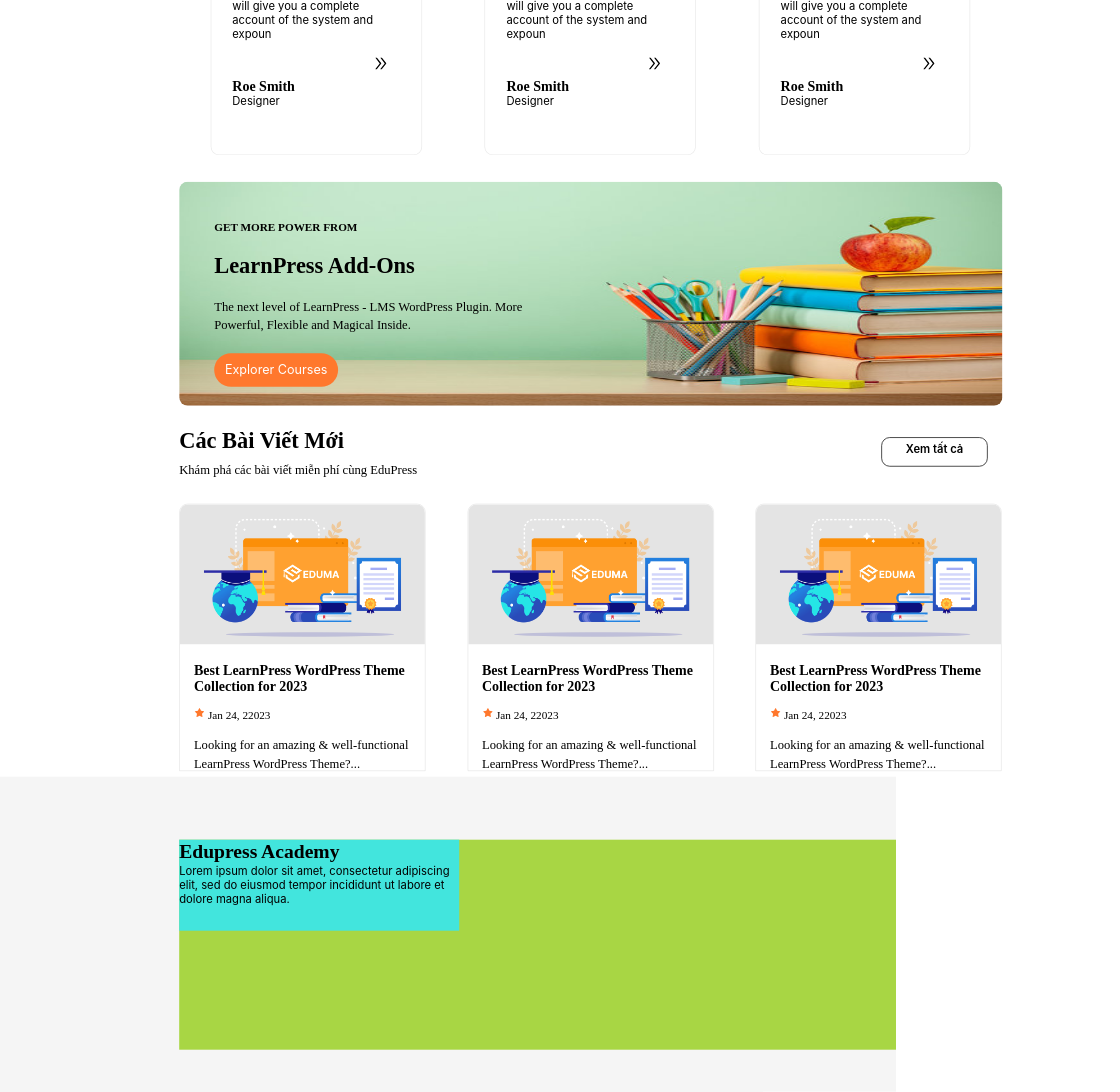
Repository: hieu1802/WebsiteEdupress
Page: / (app in my-app/)
An editor plug-in stored every save of this project. The page is shown before and after the next save, followed by the edit.
The browser window is 1280 px wide. The page is 1600 px wide, so the pictures cover 1600 px, including what lies to the right of the window. The pictures show the part of the page from y = 4251 to 5811 px (the page is 5811 px tall), at 70% of full size.
The project was rebuilt for these pictures with package versions that can differ from the ones it lists, and the page was loaded fresh each time. Also part of the build but not shown: my-app/src/App.css.

Above is the page before, as saved 2024-08-08 12:18:48.

### my-app/src/App.jsx
import logo from './logo.svg';
import './App.css';
import HomePage from './Components/HomePage/HomePage.jsx';

function App() {
  return (
  <>
    <HomePage/>
  </>
  );
}

export default App;

### my-app/src/Components/HomePage/HomePage.jsx
import React from 'react'
import Header from './Header.jsx'
import { ContainerPage } from './ContainerPage.jsx'
import Footer from './Footer.jsx'

function HomePage() {
  return (
    <>
      <Header/>
      <ContainerPage/>
      <Footer/>
    </>
  )
}

export default HomePage

### my-app/src/Components/HomePage/Header.jsx
import React from 'react'
import img01 from '../img/EduPress.png'
import img02 from '../img/img02.jpg'
import img03 from '../img/img03.png'
import './HomePage.css'
import { IoIosSearch } from "react-icons/io";

function Header() {
  return (
    <>
        <div className='Header'>
            <div className='logoHeader'>
                <img src={img01}/>
                <h3>EduPress Academy</h3>
            </div>
            <ul>
                <li>Trang Chủ</li>
                <li>Khóa Học</li>
                <li>Kết Nối</li>
                <li>Đánh giá</li>
                <li>Blog</li>
                <div className='ulInput'>
                    <input placeholder='Tìm Kiếm ...'/>
                    <div className='btnHeader'><IoIosSearch  className='btnIcon'/></div>
                </div>

            </ul>
            <div className='loginHeader'>
                <div><span>Đăng Nhập</span>/<span>Đăng kí</span></div>

            </div>
        </div>
        <div className='posterHeader'>
            <img src={img02}/>
            <div className='posterContent'>
               <div className='posterSologun'>
                  <h1>EduPress Academy</h1>
                  <h2>Website học Online hàng đầu Việt Nam tích hợp đầy đủ mọi thông tin, kiến thức và những kỹ năng để giúp các bạn chinh phục mọi khó khăn một cách hoàn hảo</h2>
                  <div className='btnPoster'>Tìm hiểu ngay </div>
               </div>
               <div className='posterAvatar'>
                  <img src={img03}/>
               </div>
            </div>
        </div>
    </>

  )
}

export default Header

### my-app/src/Components/HomePage/Footer.jsx
import React from 'react'

function Footer() {
  return (
    <div className='footerPage'>
        <div className='footerContaier'>
            <div className='footerEdupress'>
                <h2>Edupress Academy</h2>
                <p>Lorem ipsum dolor sit amet, consectetur adipiscing elit, sed do eiusmod tempor incididunt ut labore et dolore magna aliqua.</p>
            </div>
        </div>
    </div>
  )
}

export default Footer

### my-app/src/Components/HomePage/HomePage.css
*{
    margin: 0;
    padding: 0;
    list-style: none;
    text-decoration: none;
}

.Header{
    width: 100%;
    height: 72px;
    display: flex;
    justify-content: space-between;

}

.logoHeader{
    width: 25%;
    height: 100%;
    display: flex;
    gap: 10px;
    margin-left: 70px;
}


h3{
    font-size: 25px;
    margin-top: 15px;
    color: rgba(241, 152, 34, 0.979);
}

.Header > ul{

    display: flex;
    width:60%;
}

.Header > ul > li{
    width: 100px;
    text-align: center;
    padding: 20px;
    font-size: 20px;
    font-weight: 600;
    cursor: pointer;
}

.Header > ul > li:hover{
    background-color: rgba(246, 243, 238, 0.633);
    color: rgba(241, 152, 34, 0.979);
}

.ulInput{
    width: 400px ;
    padding: 20px;
    display: flex;
}

.ulInput > input{
    margin-right:10px;
    text-align: center;
    font-size: 15px;
    width: 400px;
    height: 35px;
    border: 1px solid #00000010;
    background-color: rgba(240, 234, 234, 0.815);
    border-radius: 12px;
}

.btnHeader{
    width: 100px;
    margin: auto;
    cursor: pointer;
}
.btnIcon{
    font-size: 25px;
}
.loginHeader{
    display: flex;
    width: 15%;
    height: 72px;
    margin-right: 100px;
    cursor: pointer;
}

.loginHeader > div{
   margin: auto;
   font-size: 20px;
   font-weight: 600;
   text-align: center;
}

.loginHeader > div > span{
    margin: 10px;
}

.loginHeader > div > span:hover {
    color: rgba(241, 152, 34, 0.979);
}

.posterHeader{
    width: 100%;
    height: 552px;
    background-color: black;
    display: flex;
}

.posterHeader > img{
    width: 100%;
}

.posterContent{
    position: absolute;
    display: flex;
    margin-left: 400px;
    margin-top: 10px;
    width: 1200px;
    height: 400px;

    z-index: 999;
}

.posterSologun{
    width: 60%;
}

.posterSologun > h1{
    font-size: 70px;
    text-align: center;
    color: rgba(241, 152, 34, 0.979);
    margin-top: 50px;
    margin-bottom: 10px;
}

.posterSologun > h2{
    font-size: 20px;
    text-align: center;
}

.btnPoster{
    width: 200px;
    height: 40px;
    background-color: red;
    font-size: 20px;
    color: #fff;
    text-align: center;
    border-radius: 12px;
    cursor: pointer;
    gap: 10px;
    margin-top: 50px;
    margin-left: 35%;
}

.posterAvatar{
    width: 35%;
    margin-left: 30px;

}

.posterAvatar > img{
    width: 100%;
    margin-top: 30px;
}

/************************ContainerPage**************************/

.ContainerPage{
    position: relative;
    width: 1200px;
    height: 100%;

    margin-left: 20%;
}

.categories{
    width: 100%;
    height: 640px;
    background-color: #fff;
    margin-top: 50px;
}

.textCategories{
    width: 100%;
    height: 77px;
    background-color: #fff;
    display: flex;
    justify-content: space-between;
}
.topCategories>h3{
    color: black;
    font-size: 30px;
    margin-bottom: 5px;
    margin-top: 0px;
    font-weight: 500;
}


.btnCategories{
    width: 150px;
    height: 40px;
    border: 1px solid #000000;
    border-radius: 12px;
    margin-top: 15px;
    margin-right: 20px;
    cursor: pointer;
}

.btnCategories:hover{
    background-color: rgba(244, 25, 25, 0.757);
    color: #fff;
}

.btnCategories > p{
    text-align: center;
    margin-top: 5px;
    font-weight: 600;
}

.boxCategories{
    width: 100%;
    height: 100%;
    display: grid;
    grid-template-columns: 1fr 1fr 1fr 1fr 1fr;
    margin-top: 30px;
}

.miniBox{
    width: 200px;
    height: 200px;
    border: 1px solid #0000001a;
    border-radius: 20px;
    display: flex;
    align-items: center;
    flex-direction: column;
    justify-content: center;
    margin-left: 20px;
}

.iconBox{
    font-size: 60px;
    margin-bottom: 20px;
    color: rgba(241, 152, 34, 0.979);
}

.miniBox > h4{
    font-size: 25px;
    margin-bottom: 20px;
}

.miniBox > h5{
    font-size: 20px;
    font-weight: 100;
}

.courses{
    width: 1200px;
    height: 100%;
    margin-top: 30px;
}

.boxCourses{
    width: 1200px;
    height: 1100px;
    display: grid;
    grid-template-columns: 1fr 1fr 1fr;
    margin-top: 30px;
    margin-left: 10px;
}
.boxFeaturedCourses{
    width: 360px;
    height: 470px;
    border: 2px solid #0000001a ;
    border-radius: 24px 24px 0 0;
}

.boxFeaturedCoursesImg{
    width: 100%;
    height: 250px;
    gap: 16px;
}
.boxFeaturedCoursesImg > img{
    width: 100%;
    height: 100%;
    border-radius: 24px 24px 0 0;
}

.boxFeaturedCoursesContent{
    width: 360px;
    height: 180px;
    padding: 20px;
}

.boxFeaturedCoursesContentText{
    width: 300px;
    height: 100px;
    background-color: #fff;
}

.boxFeaturedCoursesContentText > p >span{
    font-family: exo;
    font-size: 20px;
    font-weight: 500;
}

.boxFeaturedCoursesContentText > h4{
    font-family: exo;
    font-size: 24px;
    font-weight: 600;
    margin-top: 10px;
}

.boxFeaturedCoursesContentMeta{
    width: 200px;
    height: 24px;
    display: flex;
    background-color: #fff;
    margin-top: 16px;
    margin-bottom: 16px;
    justify-content: space-between;
}

.boxFeaturedCoursesContentMeta > span{
    display: flex;
    font-size: 16px;
}

.boxFeaturedCoursesContentPrice{
    width: 300px;
    height: 28px;
    background-color: #fff;
    display: flex;
    justify-content: space-between;
    font-size: 16px;
}

.price{
    display: flex;
}

.price > p{
    text-decoration: line-through;
    color: var(--Grey, #9D9D9D);
    font-weight: 700;
    margin-right: 10px;
}

.price > span{
    color: green;
    font-weight: 700;
}

.banner{
    width: 1200px;
    height: 320px;
    border-radius: 12px;
    position: relative;
    display: flex;
    margin-top: 30px;
}

.bannerContent{
    width: 450px;
    height: 240px;
    gap: 24px;
    position: absolute;
    margin-top: 54px;
    margin-left: 50px;
    display: flex;
    flex-direction: column;
    justify-content: space-around;
}

.bannerContent > h5{
    font-family: Exo;
    font-size: 16px;
    font-weight: 600;
    line-height: 19.2px;
    text-align: left;
}

.bannerContent > h2{
    font-family: Exo;
    font-size: 32px;
    font-weight: 600;
    line-height: 38.4px;
    text-align: left;
}

.bannerContent > p{
    font-family: Jost;
    font-size: 18px;
    font-weight: 400;
    line-height: 27px;
    text-align: left;
}

.btnBanner{
    width: 177px;
    height: 36px;
    border-radius: 24px;
    text-align: center;
    padding-top: 12px;
    background: var(--Primary, #FF782D);
    font-size: 18px;
    color: #fff;
}


.counterBox{
    width: 1175px;
    height: 150px;
    margin-top: 30px;
    display: flex;
    justify-content: space-between;
}

.counterBoxContent{
    width: 250px;
    height: 100%;
    background: var(--White_grey, #F5F5F5);
    display: flex;
    flex-direction: column;
    justify-content: center;
    border-radius: 12px;
    align-items: center;
}

.counterBoxContent > h2{
    font-family: Exo;
    font-size: 56px;
    font-weight: 600;
    line-height: 38.4px;
    text-align: left;
    color: var(--Primary, #FF782D);
}

.counterBoxContent > a{
    font-family: Jost;
    font-size: 20px;
    font-weight: 500;
    line-height: 27px;
    text-align: left;
    text-decoration: none;
    color: #000000;
    margin-top: 16px;
}

.boxConnect{
    width: 1175px;
    height: 450px;
    margin-top: 30px;
    display: flex;
}

.boxConnectImg{
    width: 56%;
    height: 100%;
}

.boxConnectContent{
    width: 520px;
    height: 380px;
    border: 2px solid #0000001a ;
    margin-top: 35px ;
    border-radius: 24px;
}

.boxConnectText{
    width: 100%;
    height: 80px;
}

.boxConnectText > h2{
    font-family: Exo;
    font-size: 32px;
    font-weight: 600;
    line-height: 38.4px;
    text-align: left;
    text-align: center;
    padding-top: 20px;
}

.boxConnectContainer{
    width: 100%;
    height: 300px;
}

.introduce{
    width: 100%;
    height: 60px;
    padding-left: 15px;
}

.introduce > p{
    font-family: Jost;
    font-size: 18px;
    font-weight: 400;
    line-height: 27px;
    text-align: left;

}

.connect{
    width: 100%;
    height: 240px;
    font-size: 18px;
    display: flex;
    flex-direction: column;
    justify-content: space-around;
}

.connect > span > a{
    font-size: 18px;
    color: blue;
}
.connectIcons{
    color: green;
    font-size: 24px;
    margin-right: 15px;
    margin-left: 15px;
}

.boxFeedbacks{
    width: 1175px;
    height: 540px;
    margin-top: 30px;
}

.feedbacksHeading{
    width: 100%;
    height: 80px;
}

.feedbacksHeading > h2{
    font-family: Exo;
    font-size: 32px;
    font-weight: 600;
    line-height: 38.4px;
    text-align: center;
}

.feedbacksHeading > p{
    font-family: Jost;
    font-size: 18px;
    font-weight: 400;
    line-height: 27px;
    text-align: center;
    margin-top: 15px;
}

.feedbacksHeadingContent{
    width: 100%;
    height: 400px;
    margin-top: 50px;
    display: flex;
    justify-content: space-around;
}

.feedbackItems{
    width: 300px;
    height: 400px;
    background-color: #fff;
    position: relative;
    border: 1px solid #00000016;
    border-radius: 12px;
}

.feedbacksContents{
    position: absolute;
    width: 240px;
    height: 230px;
    margin: auto;
    margin-top: 50px;
    margin-left: 30px;
}

.feedbacksIdName{
    width: 100px;
    height: 60px;
    position: absolute;
    margin-top: 290px;
    margin-left: 30px;
}

.feedbacksIdName > h4{
    font-family: Exo;
    font-size: 20px;
    font-weight: 600;
    line-height: 24px;
    text-align: left;

}

.articles{
    width: 1175px;
    height: 500px;
    margin-top: 30px;
}

.articlesHeading{
    width: 100%;
    height: 80px;
    display: flex;
    justify-content: space-between;
}

.articlesTitle{
    width: 780px;
    height: auto;
}

.articlesTitle > h2{
    font-family: Exo;
    font-size: 32px;
    font-weight: 600;
    line-height: 38.4px;
    text-align: left;
}

.articlesTitle > p{
    font-family: Jost;
    font-size: 18px;
    font-weight: 400;
    line-height: 27px;
    text-align: left;
    margin-top: 10px;
}

.articlesContainer{
    width: 100%;
    height: 420px;
    display: flex;
    justify-content: space-between;
}

.articlesBox{
    width: 350px;
    height: 380px;
    margin-top: 30px;
    border-radius: 12px 12px 0 0;
    border: 1px solid #0000001b;
}

.articlesBox > img{
    width: 100%;
    height: 200px;
    border-radius: 12px 12px 0 0;
}

.articlesContent{
    width: 360px;
    height: 160px;
    padding: 20px;
    display: flex;
    flex-direction: column;
    justify-content: space-between;
}

.articlesContent >h4{
    font-family: Exo;
    font-size: 20px;
    font-weight: 600;
    line-height: 24px;
    text-align: left;
}

.articlesContent > span{
    font-family: Jost;
    font-size: 16px;
    font-weight: 400;
    line-height: 24px;
    text-align: left;
}

.articlesContent > p{
    font-family: Jost;
    font-size: 18px;
    font-weight: 400;
    line-height: 27px;
    text-align: left;
}

/****************************FOOTER***************/
.footerPage{
    width: 100%;
    height: 450px;
    background-color: #F5F5F5;
    position: relative;
    display: flex;
}

.footerContaier{
    width: 1175px;
    height: 300px;
    background-color: rgb(168, 214, 68);
    margin-left: 20%;
    margin-top: 90px;
    display: flex;
    justify-content: space-between;
}

.footerEdupress{
    width: 400px;
    height: 130px;
    background-color: #42e5dd;
}

.footerEdupress > h2{
    font-family: Exo;
    font-size: 28px;
    font-weight: 700;
    line-height: 33.6px;
    text-align: left;
}

Loaded but not shown: my-app/public/index.html (common file); my-app/src/index.js (common file); my-app/src/index.css (common file); my-app/src/reportWebVitals.js (common file); my-app/src/Components/HomePage/ContainerPage.jsx (326 lines, source omitted)

After the next save:
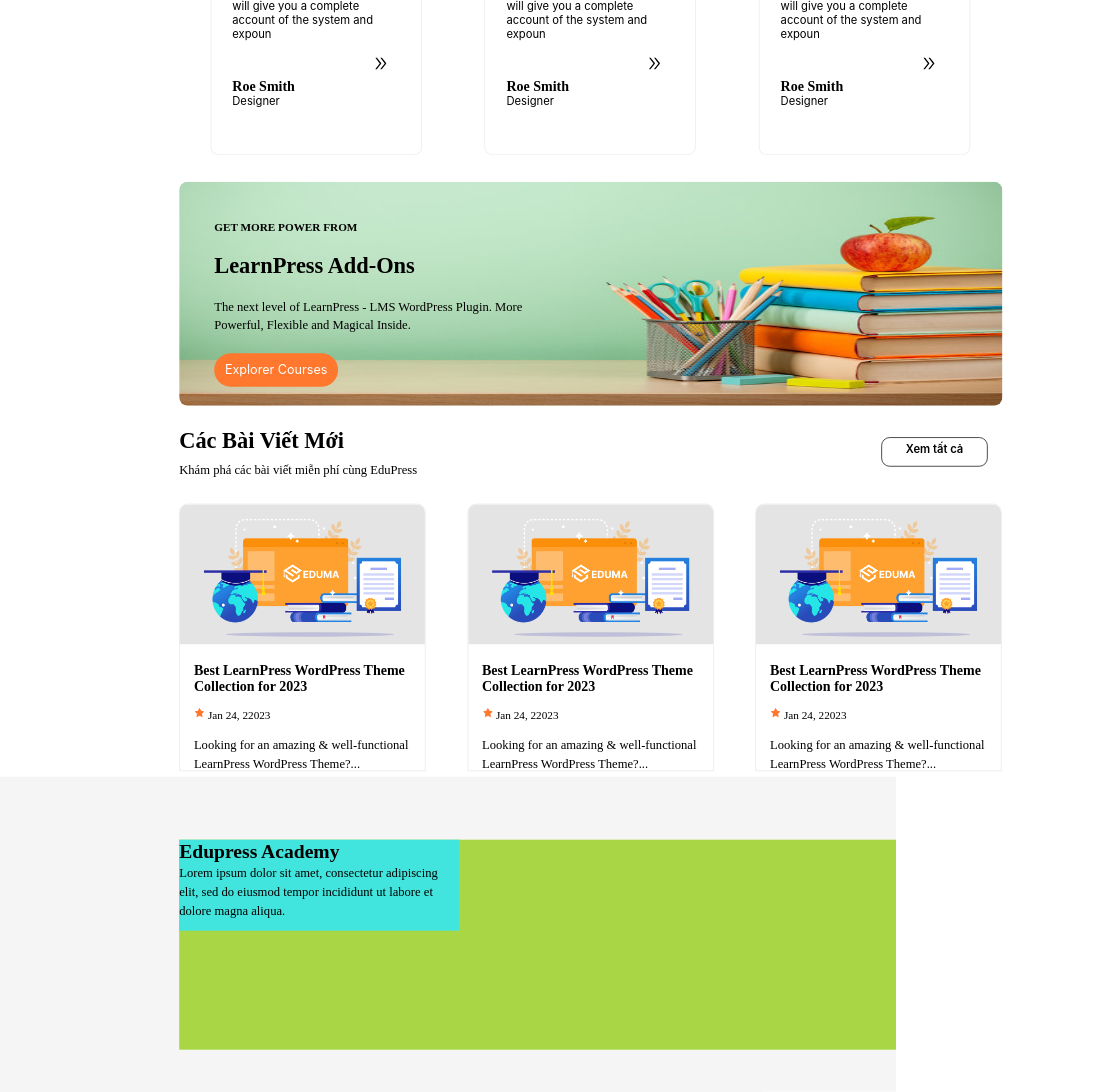
Saved 44 s later.
--- a/my-app/src/Components/HomePage/HomePage.css
+++ b/my-app/src/Components/HomePage/HomePage.css
@@ -710,3 +710,12 @@
     line-height: 33.6px;
     text-align: left;
 }
+
+.footerEdupress > p{
+    font-family: Jost;
+    font-size: 18px;
+    font-weight: 400;
+    line-height: 27px;
+    text-align: left;
+
+}
